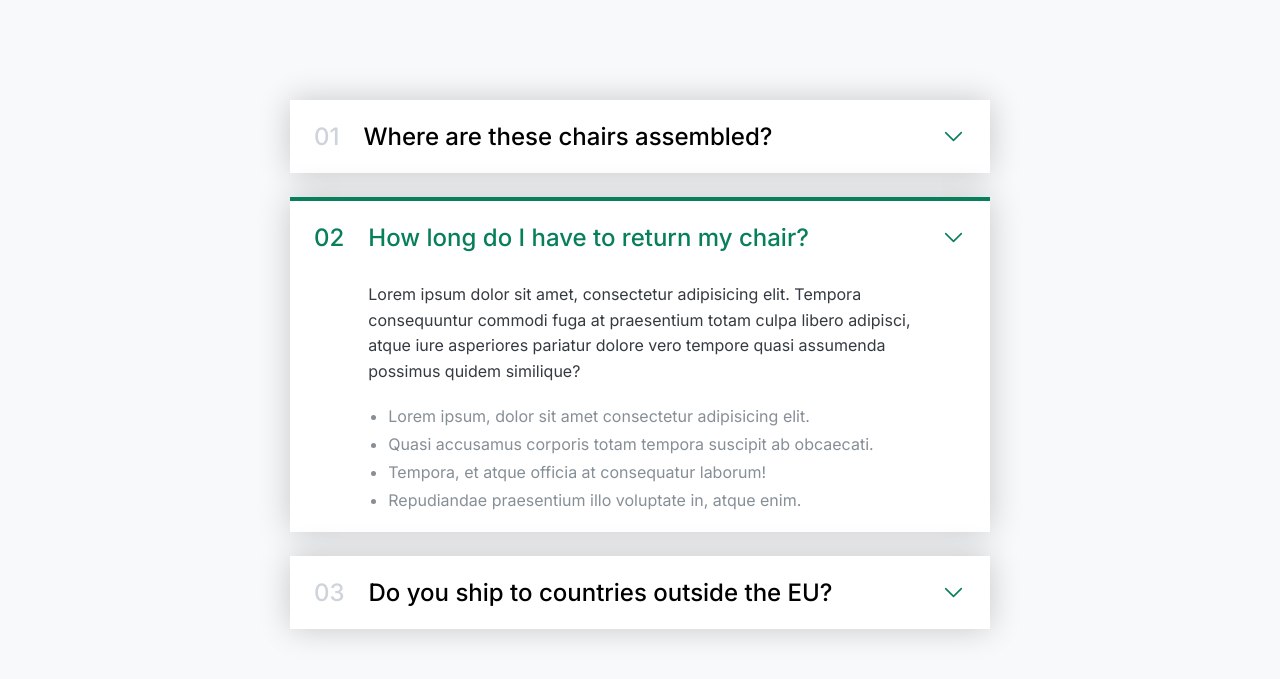
Repository: Ahmed123rezk123/06-Components
Page: accordion.html
These files come from the project's save history. The page is drawn as it stood at one moment and after the next save; the edit follows.
The browser window is 1280 px wide. The pictures show the whole page.

Above is the page before, as saved 2024-09-16 03:26:21.

### accordion.html
<!DOCTYPE html>
<html lang="en">
  <head>
    <meta charset="UTF-8" />
    <meta name="viewport" content="width=device-width, initial-scale=1.0" />
    <link rel="preconnect" href="https://fonts.gstatic.com" />
    <link
      href="https://fonts.googleapis.com/css2?family=Inter:wght@400;500;700&display=swap"
      rel="stylesheet"
    />
    <link rel="stylesheet" href="accordion.css" />
    <title>Accordion</title>
  </head>
  <body>
    <div class="accordion">
      <div class="item">
        <p class="number">01</p>
        <p class="text">Where are these chairs assembled?</p>
        <svg
          xmlns="http://www.w3.org/2000/svg"
          fill="none"
          viewBox="0 0 24 24"
          stroke-width="1.5"
          stroke="currentColor"
          class="icon"
        >
          <path
            stroke-linecap="round"
            stroke-linejoin="round"
            d="m19.5 8.25-7.5 7.5-7.5-7.5"
          />
        </svg>
        <div class="hidden-box">
          <p>
            Lorem ipsum dolor sit amet, consectetur adipisicing elit. Tempora
            consequuntur commodi fuga at praesentium totam culpa libero
            adipisci, atque iure asperiores pariatur dolore vero tempore quasi
            assumenda possimus quidem similique?
          </p>
          <ul>
            <li>Lorem ipsum, dolor sit amet consectetur adipisicing elit.</li>
            <li>
              Quasi accusamus corporis totam tempora suscipit ab obcaecati.
            </li>
            <li>Tempora, et atque officia at consequatur laborum!</li>
            <li>Repudiandae praesentium illo voluptate in, atque enim.</li>
          </ul>
        </div>
      </div>
      <div class="item open">
        <p class="number">02</p>
        <p class="text">How long do I have to return my chair?</p>
        <svg
          xmlns="http://www.w3.org/2000/svg"
          fill="none"
          viewBox="0 0 24 24"
          stroke-width="1.5"
          stroke="currentColor"
          class="icon icon2"
        >
          <path
            stroke-linecap="round"
            stroke-linejoin="round"
            d="m19.5 8.25-7.5 7.5-7.5-7.5"
          />
        </svg>
        <div class="hidden-box">
          <p>
            Lorem ipsum dolor sit amet, consectetur adipisicing elit. Tempora
            consequuntur commodi fuga at praesentium totam culpa libero
            adipisci, atque iure asperiores pariatur dolore vero tempore quasi
            assumenda possimus quidem similique?
          </p>
          <ul>
            <li>Lorem ipsum, dolor sit amet consectetur adipisicing elit.</li>
            <li>
              Quasi accusamus corporis totam tempora suscipit ab obcaecati.
            </li>
            <li>Tempora, et atque officia at consequatur laborum!</li>
            <li>Repudiandae praesentium illo voluptate in, atque enim.</li>
          </ul>
        </div>
      </div>
      <div class="item">
        <p class="number">03</p>
        <p class="text">Do you ship to countries outside the EU?</p>
        <svg
          xmlns="http://www.w3.org/2000/svg"
          fill="none"
          viewBox="0 0 24 24"
          stroke-width="1.5"
          stroke="currentColor"
          class="icon"
        >
          <path
            stroke-linecap="round"
            stroke-linejoin="round"
            d="m19.5 8.25-7.5 7.5-7.5-7.5"
          />
        </svg>
        <div class="hidden-box">
          <p>
            Lorem ipsum dolor sit amet, consectetur adipisicing elit. Tempora
            consequuntur commodi fuga at praesentium totam culpa libero
            adipisci, atque iure asperiores pariatur dolore vero tempore quasi
            assumenda possimus quidem similique?
          </p>
          <ul>
            <li>Lorem ipsum, dolor sit amet consectetur adipisicing elit.</li>
            <li>
              Quasi accusamus corporis totam tempora suscipit ab obcaecati.
            </li>
            <li>Tempora, et atque officia at consequatur laborum!</li>
            <li>Repudiandae praesentium illo voluptate in, atque enim.</li>
          </ul>
        </div>
      </div>
    </div>
  </body>
</html>

### accordion.css
* {
  margin: 0;
  padding: 0;
  box-sizing: border-box;
}

body {
  font-family: "Inter", sans-serif;
  color: #343a40;
  background-color: #f8f9fa;
  line-height: 1;
  height: 500px;
}
.accordion {
  width: 700px;
  margin: 100px auto;
  display: flex;
  flex-direction: column;
  gap: 24px;
}

.item {
  background-color: #fff;
  padding: 24px;
  display: grid;
  grid-template-columns: auto 1fr auto;
  column-gap: 24px;
  row-gap: 32px;
  box-shadow: 0 0 32px rgba(0, 0, 0, 0.2);
  align-items: center;
}

.open {
  border-top: 4px solid #087f5b;
}
.open .number,
.open .text {
  color: #087f5b;
  font-size: 24px;
  font-weight: 500;
}

.number,
.text {
  font-size: 24px;
  font-weight: 500;
  color: #ced4da;
}
.text {
  color: #000;
}

.icon {
  width: 25px;
  stroke: #087f5b;
}

.hidden-box {
  grid-column: 2;
  display: none;
}
.open .hidden-box {
  display: block;
}
.hidden-box p {
  line-height: 1.6;
  margin-bottom: 24px;
}

.hidden-box ul {
  color: #868e96;
  margin-left: 20px;
  display: flex;
  flex-direction: column;
  gap: 12px;
}

After the next save:
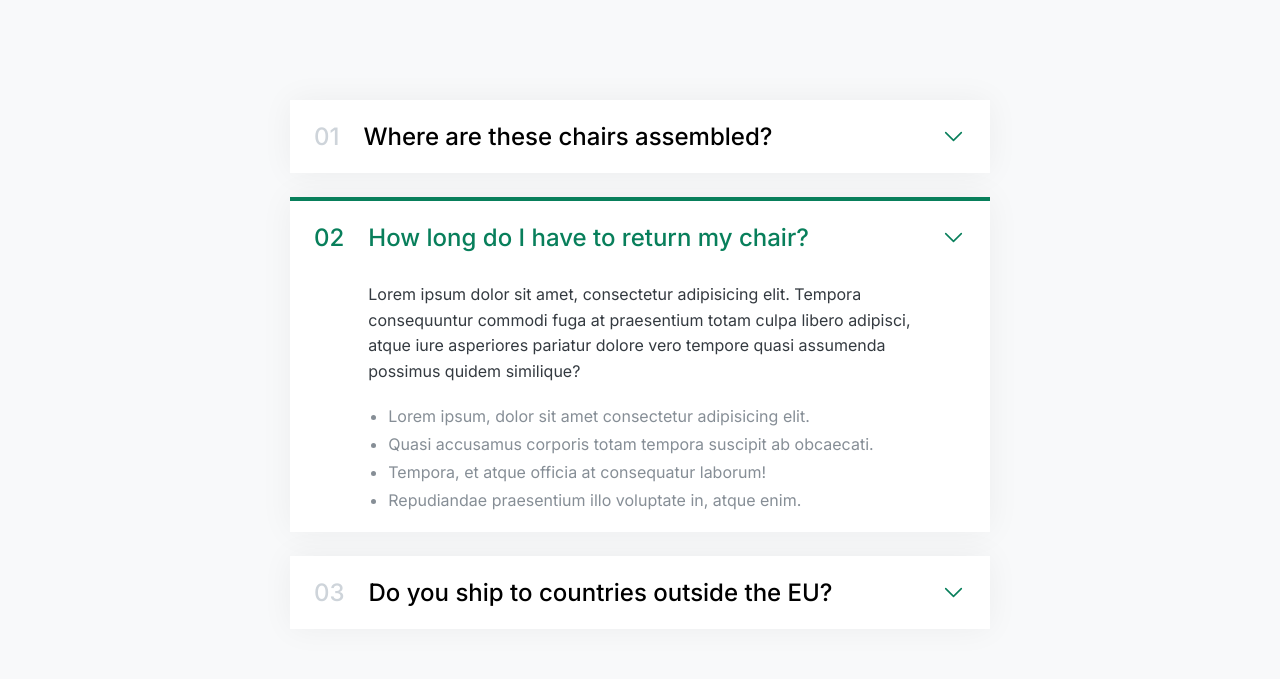
Saved 6 s later.
--- a/accordion.css
+++ b/accordion.css
@@ -26,7 +26,7 @@ body {
   grid-template-columns: auto 1fr auto;
   column-gap: 24px;
   row-gap: 32px;
-  box-shadow: 0 0 32px rgba(0, 0, 0, 0.2);
+  box-shadow: 0 0 32px rgba(0, 0, 0, 0.05);
   align-items: center;
 }
 
